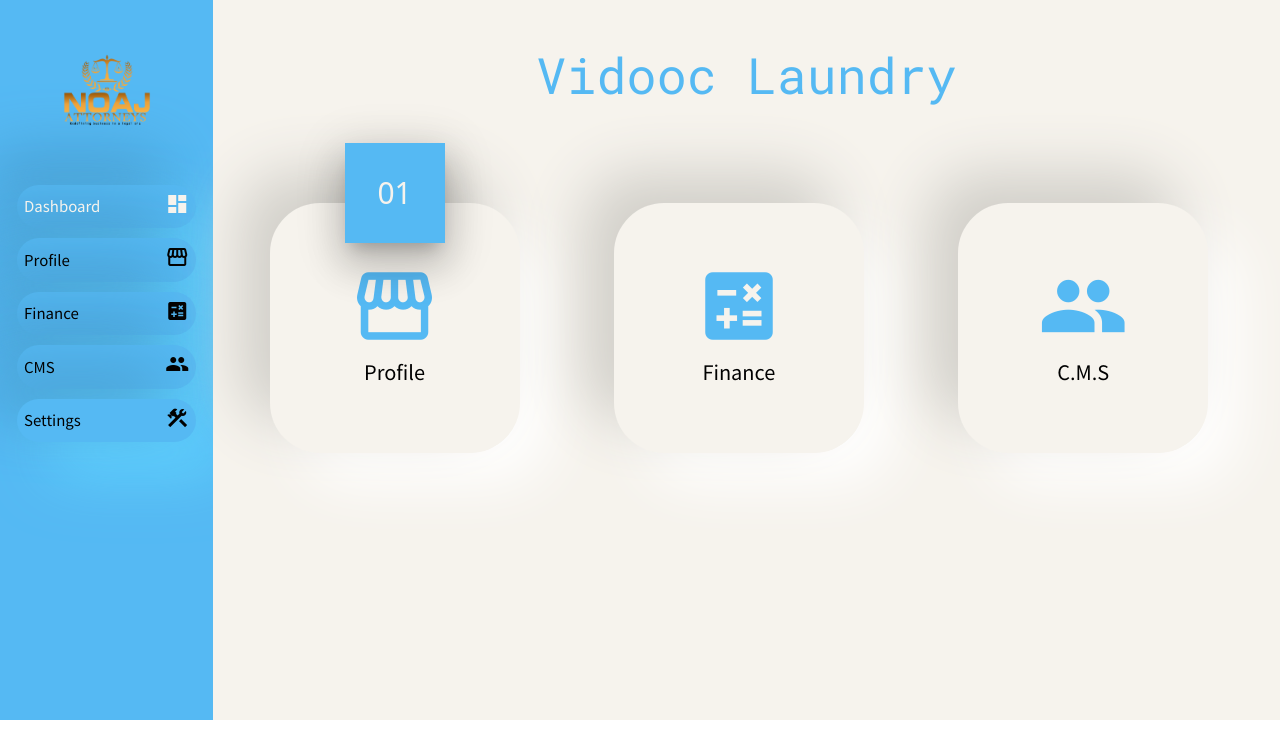
Repository: latenightsnacc/AllinOne
Page: Design/index.html
The author's editor kept a copy of each file at every save. The page is drawn from the files as they stood at one save, then again after the next save.
The browser window is 1280 px wide. The pictures show the whole page.
The style sheet was rebuilt from its Sass, Less or Tailwind sources for each picture, by a compiler version that may differ from the author's.

Above is the page before, as saved 2020-09-16 15:33:30.

### Design/index.html
<!DOCTYPE html>
<html lang="en">
<head>
    <meta charset="UTF-8">
    <meta name="viewport" content="width=device-width, initial-scale=1.0">
    <!--Icons-->
    <link href="https://fonts.googleapis.com/icon?family=Material+Icons" rel="stylesheet">
    <!-- Compiled and minified CSS -->
    <link rel="stylesheet" href="https://cdnjs.cloudflare.com/ajax/libs/materialize/1.0.0/css/materialize.min.css">
    <link rel="stylesheet" href="https://stackpath.bootstrapcdn.com/bootstrap/5.0.0-alpha1/css/bootstrap.min.css" integrity="sha384-r4NyP46KrjDleawBgD5tp8Y7UzmLA05oM1iAEQ17CSuDqnUK2+k9luXQOfXJCJ4I" crossorigin="anonymous">
    <!--Custom css-->
    <link rel="stylesheet" href="Styles.css">
    <title>Welcome Page</title>
</head>
<body>
    <div class="row g-0">
        <div class="col-xs-3 col-sm-3 col-md-2 col-lg-2 col-xl-2">
            <div class="sidebar text-center  pt-5">
                <a href="index.html">

                    <img src="/assets/logo.png" alt="Logo"  width="120px"/>
                </a>
                <div class="container">
                    <ul class="side-menu">
                        <li class="side-link">
                            <a href="index.html" class="active">
                                <span class="nav-title">Dashboard</span>
                                <span class="nav-icon">
                                    <i class=" material-icons">dashboard</i>
                                </span>

                            </a>
                        </li>
                        <li class="side-link">
                            <a href="index.html">
                                <span class="nav-title">Profile</span>
                                <span class="nav-icon">
                                    <i class=" material-icons">storefront</i>
                                </span>

                            </a>
                        </li >
                        <li class="side-link">
                            <a href="index.html">
                                <span class="nav-title">Finance</span>
                                <span class="nav-icon">
                                    <i class=" material-icons">calculate</i>
                                </span>

                            </a>
                        </li>
                        <li class="side-link">
                            <a href="index.html">
                                <span class="nav-title">CMS</span>
                                <span class="nav-icon">
                                    <i class=" material-icons">people</i>
                                </span>

                            </a>
                        </li>
                        <li class="side-link">
                            <a href="index.html">
                                <span class="nav-title">Settings</span>
                                <span class="nav-icon">
                                    <i class=" material-icons">construction</i>
                                </span>

                            </a>
                        </li>
                    </ul>
                </div>
            </div>
        </div>

        <div class="col-xs-9 col-sm-9 col-md-10 col-lg-10 col-xl-10">
            <div class="wrapper">
                <div class="welcome-box py-5 text-center">
                    <h1 class="biz-title">Vidooc Laundry</h1>
                </div>
                <div class="row ml-5 py-5">
                    <div class="col-xs-12 col-sm-12 col-md-4 col-lg-4 col-xl-4 col-xxl-4">
                        <a href="#">
                            <div class="cardNew greyBs mb-5">
                                <div class="card-top z-depth-5">
                                    01
                                </div>
                                <div class="card-content">
                                    <div class="card-icon">
                                        <i class="large material-icons">storefront</i>
                                    </div>
                                    <div class="card-title text-center">Profile</div>

                                </div>
                            </div>
                        </a>
                    </div>
                    <div class="col-xs-12 col-sm-12 col-md-4 col-lg-4 col-xl-4 col-xxl-4">
                        <a href="#">
                            <div class="cardNew mb-5 greyBs">
                                <div class="card-content">
                                    <div class="card-icon">
                                        <i class="large material-icons">calculate</i>
                                    </div>
                                    <div class="card-title text-center">Finance</div>

                                </div>
                            </div>
                        </a>
                    </div>
                    <div class="col-xs-12 col-sm-12 col-md-4 col-lg-4 col-xl-4 col-xxl-4">
                        <a href="#">
                            <div class="cardNew greyBs">
                                <div class="card-content">
                                    <div class="card-icon">
                                        <i class="large material-icons">people</i>
                                    </div>
                                    <div class="card-title text-center">C.M.S</div>

                                </div>
                            </div>
                        </a>
                    </div>
                </div>
            </div>

        </div>
    </div>


    <script src="https://cdn.jsdelivr.net/npm/popper.js@1.16.0/dist/umd/popper.min.js" integrity="sha384-Q6E9RHvbIyZFJoft+2mJbHaEWldlvI9IOYy5n3zV9zzTtmI3UksdQRVvoxMfooAo" crossorigin="anonymous"></script>
    <script src="https://stackpath.bootstrapcdn.com/bootstrap/5.0.0-alpha1/js/bootstrap.min.js" integrity="sha384-oesi62hOLfzrys4LxRF63OJCXdXDipiYWBnvTl9Y9/TRlw5xlKIEHpNyvvDShgf/" crossorigin="anonymous"></script>
</body>
</html>

### Design/Styles.scss
@import 'variables';

*{
    margin: 0;
    padding: 0;
    box-sizing: border-box;
    list-style: none;
    text-decoration: none;

}
body, html {
    overflow: hidden;
}

.sidebar, .wrapper {
    min-height: 100vh;
}

.sidebar {
    background-color: $blue;


}
.side-menu {
    margin-top: 50px;
    .side-link{
        background-color: $blue;
        font-family: $fontNoto;
        margin: 10px 2px;
        padding: 7px;
        border-radius: 50px;
                box-shadow: $bsBlue;
        a{
            color: $dark;
            display: flex;
            width: 100%;
            justify-content: space-between;
            align-items: center;


        }
        .active, a:hover {
            color: $grey;
        }


    }

}
.wrapper {
    background-color: $grey;
}
.greyBs {
    background-color: $grey;
    box-shadow: $bsGrey;
    border-radius: $borderR;
    color: $blue;
}
.cardNew{
    display: flex;
    flex-direction: column;
    align-items: center;
    justify-content: center;
    width: 250px;
    height: 250px;
    position: relative;

    .card-top {
        position: absolute;
        top:-60px;
        left: 75px;
        width: 100px;
        height: 100px;
        background-color: $blue;
        display: flex;
        align-items: center;
        justify-content: center;
        font-size: 30px;
        color: $grey;
    }

}
.card-title {
    font-family: $fontNoto;
    font-size: 20px;
    color: black;
}
.biz-title {
    font-family: $fontRoboto;
    font-size: 50px;
    color: $blue;
}

a {
    text-decoration: none;
}

### Design/_variables.scss
@import url('https://fonts.googleapis.com/css2?family=Roboto+Mono&display=swap');
@import url('https://fonts.googleapis.com/css2?family=Noto+Sans+HK&display=swap');

$fontRoboto: 'Roboto Mono', monospace;
$fontNoto: 'Noto Sans HK', sans-serif;
$blue: #55b9f3;
$white: #fff;
// $grey: #bdcfe5;
$grey: #f6f3ed;
$borderR: 50px;
$dark: black;
$Brb: 50px;
$bsGrey:  -30px -30px 60px #d1cfc9,
30px 30px 60px #ffffff;
$bsBlue:  -30px -30px 60px #489dcf,
30px 30px 60px #62d5ff;;

After the next save:
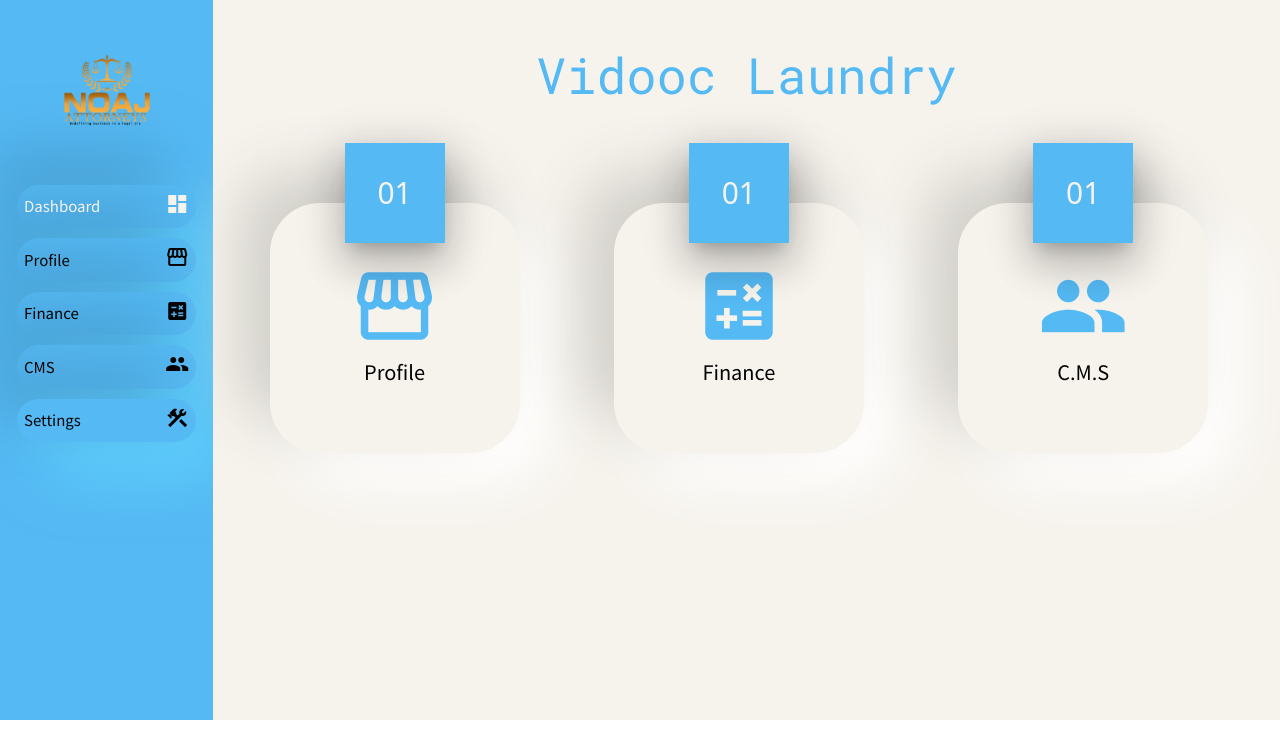
Saved 79 s later.
--- a/Design/index.html
+++ b/Design/index.html
@@ -97,6 +97,9 @@
                     <div class="col-xs-12 col-sm-12 col-md-4 col-lg-4 col-xl-4 col-xxl-4">
                         <a href="#">
                             <div class="cardNew mb-5 greyBs">
+                                <div class="card-top z-depth-5">
+                                    01
+                                </div>
                                 <div class="card-content">
                                     <div class="card-icon">
                                         <i class="large material-icons">calculate</i>
@@ -110,6 +113,9 @@
                     <div class="col-xs-12 col-sm-12 col-md-4 col-lg-4 col-xl-4 col-xxl-4">
                         <a href="#">
                             <div class="cardNew greyBs">
+                                <div class="card-top z-depth-5">
+                                    01
+                                </div>
                                 <div class="card-content">
                                     <div class="card-icon">
                                         <i class="large material-icons">people</i>
